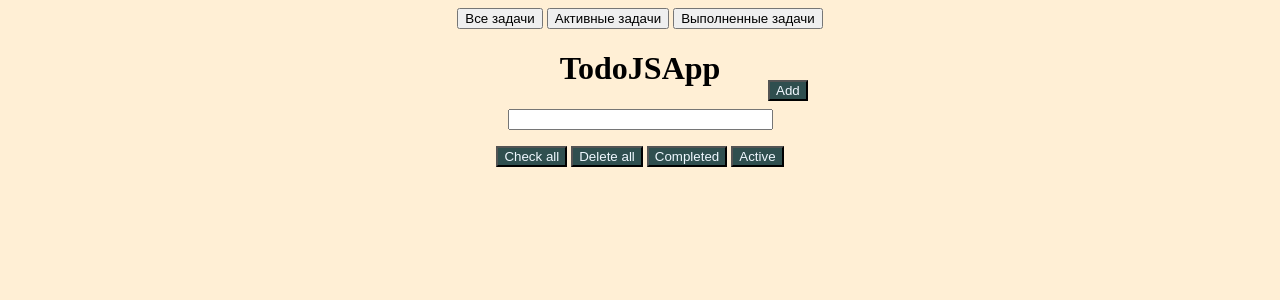
Repository: Follle/Todo
Page: index.html
The author's editor kept a copy of each file at every save. The page is drawn from the files as they stood at one save, then again after a run of saves.
The browser window is 1280 px wide. The pictures show the whole page.

Above is the page before, as saved 2024-03-25 11:46:01.

### index.html
<!DOCTYPE HTML>
<html>
 <head>
  <meta http-equiv="Content-Type" content="text/html; charset=utf-8">
  <title>ToDo</title>
  <script src ="script.js" defer></script>
  <style>
    body{
        background-color: #FFEFD5;

        text-align: center;
    }
  </style>
 </head>
 <body>
  <button onclick="displayTasks('All')">Все задачи</button>
  <button onclick="displayTasks('Active')">Активные задачи</button>
  <button onclick="displayTasks('Completed')">Выполненные задачи</button>

    <h1>TodoJSApp</h1>
    <p style="position: fixed; top:64px; left:60% "><button style = "background:#2F4F4F; color:aliceblue" class="add-btn">Add</button>
    <p style=" top:1"><input maxlength="25" size="30" class="i-1"></p>
    <div class="tasks-list"></div>
    <button style = "background:#2F4F4F; color:aliceblue" class="i-2">Check all</button>
    <button style = "background:#2F4F4F; color:aliceblue" class="i-3">Delete all</button>
    <button style = "background:#2F4F4F; color:aliceblue" class="i-4">Completed</button>
    <button style = "background:#2F4F4F; color:aliceblue" class="i-5">Active</button>
  </div>
  <div class="task-list-completed"></div>


 </body>
</html>

### script.js
const btn = document.querySelector('.add-btn');
const inp = document.querySelector('.i-1');
const tasksList= document.querySelector('.tasks-list');
const selectAll = document.querySelector('.i-2');
const cancel = document.querySelector('.i-3');
const showAllCompleted = document.querySelector('.i-4');
const input = document.createElement('input');
const showAllActive = document.querySelector('.i-5');


let tasksArray = [];
let checkAllCount=[];
let notCheckAllCount=0;
let filtrationStatus = 'All';

function addTask () {
    tasksArray.push({
        id: Date.now(),
        text: inp.value,
        isChecked: false,
    });
    render();
}

function chooseTaskStatus(){
    let tempArray;
}

function render() {// выводит инфу

    switch(filtrationStatus){
        case "All":
            tempArray = tasksArray;
            break;
        case "Completed":
            tempArray = tasksArray.filter((item) => item.isChecked);
            break;
        case "Active":
            tempArray = tasksArray.filter((item) => !item.isChecked);
            break;
    }
    tasksList.innerHTML= "";
    tasksArray.forEach((elem) => tasksList.innerHTML += `<div id="${elem.id}">
    <input type="checkbox" ${elem.isChecked ? 'checked' : ''}><label>${elem.text}</label>
    <button>X</button>`);
    countCheck();
    chooseTaskStatus();

}

function changes(event){//изменения инпута
    const taskId = Number(event.target.parentElement.id);
    if (event.target.tagName === 'BUTTON'){
        const elem = tasksArray.findIndex((elem) => elem.id === taskId)
        tasksArray.splice(elem, 1);
        countCheck();
        render();

    }

    if (event.target.tagName === 'INPUT' && event.target.type === 'checkbox'){//удаляет завершенные
        const elem = tasksArray.findIndex((elem) => elem.id === taskId)
        tasksArray[elem].isChecked = !tasksArray[elem].isChecked;
        if (event.target.tagName === 'Enter') {
        addTask();
    }
        countCheck();
        render();

    }


}
function checkAll(){//делает все чекбоксы сделанными
    tasksArray.forEach((elem)=>elem.isChecked =true);
    render();

}

function checkAndDelete(){// удаляет по одному
   tasksArray = tasksArray.filter((item) => !item.isChecked)
   render();
}

function handleEnter (event) { // сохраняет при нажатии enter
    if (event.code === 'Enter') {
        addTask();
    }
}

function editTask(event){//редактирование существующего
    const taskId = Number(event.target.parentElement.id);
    const temp = event.target;
    if (event.target.tagName === 'LABEL')
    {
        input.value = tasksArray[tasksArray.findIndex((item) => item.id === taskId)].text;
        input.id = taskId;
        temp.replaceWith(input);
        input.focus();
    }

}

function saveInput(event){
    if (event.code === 'Enter') { //сохраняет при нажатии enter
        tasksArray[tasksArray.findIndex((item) => Number(item.id) === Number(input.id))].text = input.value;
        render();
    }

    if (event.code === 'Escape'){//отменяет изменения при нажатии escape
        render();
    }
}

input.onblur = function(event) {// сохранение при блюре
    if (event.sourceCapabilities !== null) {
        tasksArray[tasksArray.findIndex((item) => Number(item.id) === Number(input.id))].text = input.value;
    render();
    }
}

function countCheck(){// считает выбранные и не очень
    checkAllCount = tasksArray.filter((item) => item.isChecked).length;
    notCheckAllCount =tasksArray.length - checkAllCount;
    tasksList.innerHTML += `</div><label>${"  " + "All" + "(" + (checkAllCount+notCheckAllCount) + ")" }</label>`;
    tasksList.innerHTML += `</div><label>${"Active" + "(" + checkAllCount + ")" + "  "}</label>` ;
    tasksList.innerHTML += `</div><label>${"  " + "Completed" + "(" + notCheckAllCount + ")" + "     "}</label>`;

}


//function chooseTaskCompleted(event){//оставляет только готовые
    //const tempArray = tasksArray.filter((item) => item.isChecked)
   // render();
//}

// function chooseTaskActive(){
//     tasksArray = tasksArray.filter((item) => !item.isChecked)
//     render();
// }





//showAllActive.addEventListener('click',chooseTaskActive);
//showAllCompleted.addEventListener('click',chooseTaskCompleted);
input.addEventListener('keydown', saveInput);
inp.addEventListener('keydown', handleEnter);
selectAll.addEventListener('click', checkAll);
cancel.addEventListener('click', checkAndDelete);
tasksList.addEventListener('dblclick', editTask);
tasksList.addEventListener('click', changes);
btn.addEventListener('click', addTask);

After the next 2 saves:
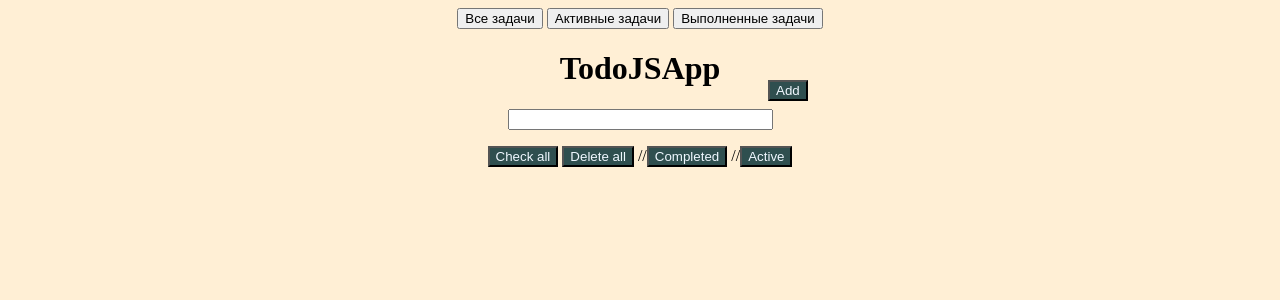
The 2 saves are shown as one change because they came seconds apart.
The last was saved 21 s later.
--- a/index.html
+++ b/index.html
@@ -23,8 +23,8 @@
     <div class="tasks-list"></div>
     <button style = "background:#2F4F4F; color:aliceblue" class="i-2">Check all</button>
     <button style = "background:#2F4F4F; color:aliceblue" class="i-3">Delete all</button>
-    <button style = "background:#2F4F4F; color:aliceblue" class="i-4">Completed</button>
-    <button style = "background:#2F4F4F; color:aliceblue" class="i-5">Active</button>
+    //<button style = "background:#2F4F4F; color:aliceblue" class="i-4">Completed</button>
+    //<button style = "background:#2F4F4F; color:aliceblue" class="i-5">Active</button>
   </div>
   <div class="task-list-completed"></div>
 
